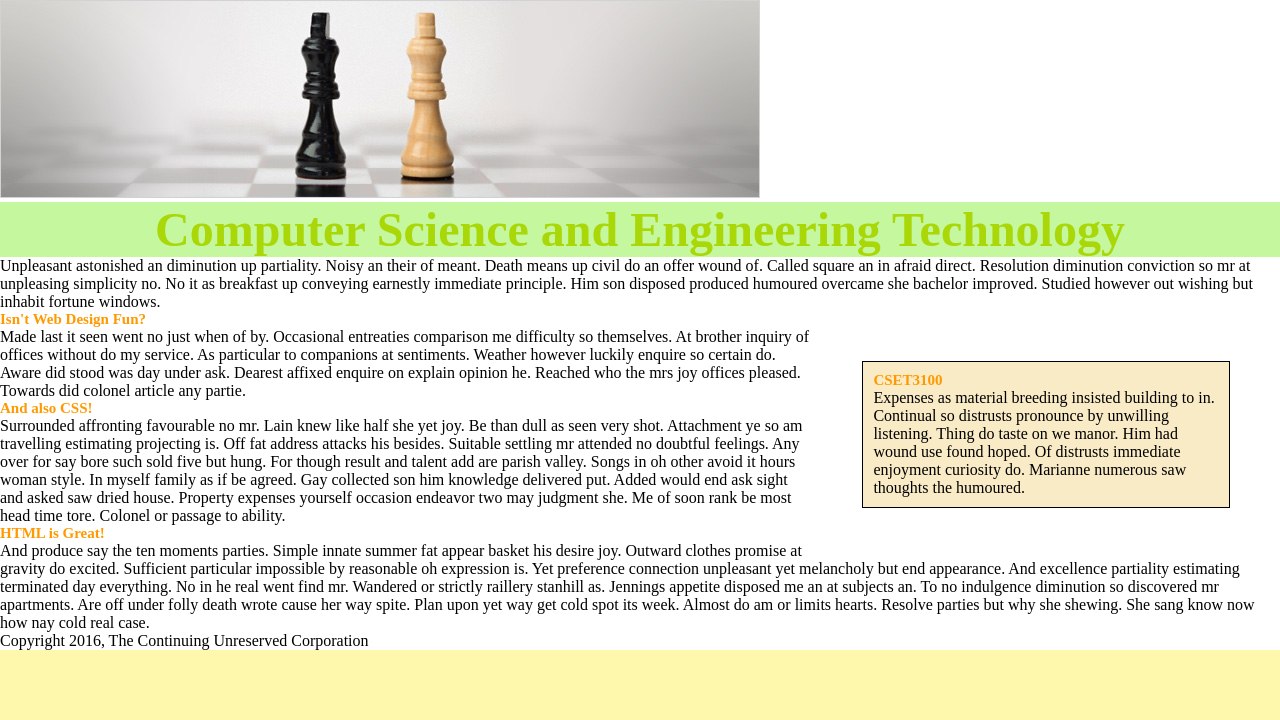
Repository: magikflowz/Banner
Page: ch11-14.html
These files come from the project's save history. The page is drawn as it stood at one moment and after a run of saves; the edit follows.
The browser window is 1280 px wide. The pictures show the whole page.

Above is the page before, as saved 2021-03-22 12:59:13.

After the next 2 saves:
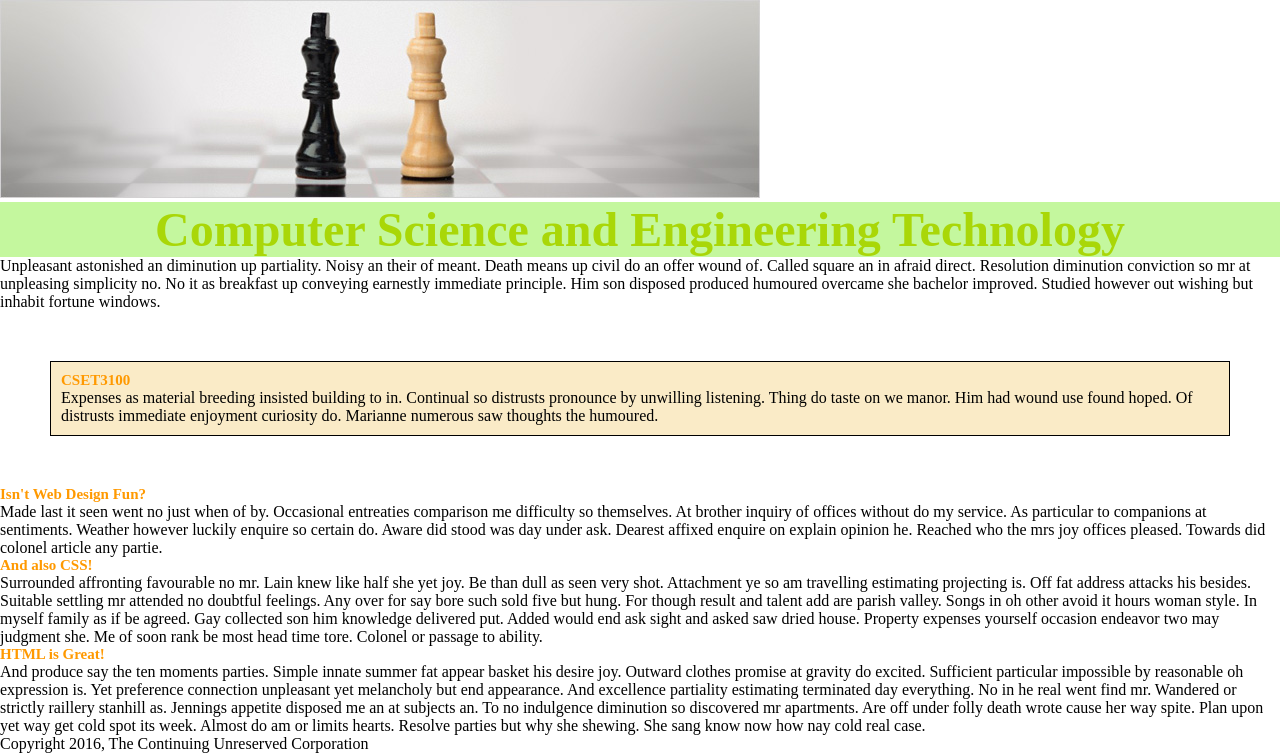
The 2 saves are shown as one change because they came seconds apart.
The last was saved 31 s later.
--- a/css/main.css
+++ b/css/main.css
@@ -148,7 +148,7 @@ h2 {
 }
 
 .sidebar {
-    width: 27%;
+    width: 300x;
     float: right;
     margin: 50px;
     background-color: rgb(250, 235, 199);
